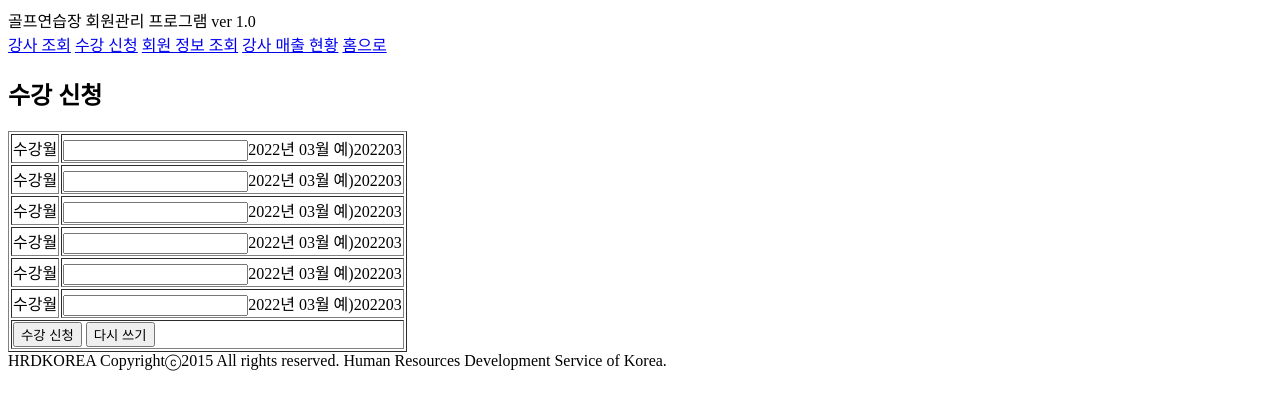
Repository: wwwxsv19/HRDkorea
Page: http://localhost/golf/insert.jsp
The author's editor kept a copy of each file at every save. The page is drawn from the files as they stood at one save, then again after the next save.
The browser window is 1280 px wide. The pictures show the whole page.
The page is served by Tomcat 9.

Above is the page before, as saved 2024-06-25 08:10:17.

### golf/golf/src/main/webapp/insert.jsp
<%@ include file="db.jsp" %>
<%@ page language="java" contentType="text/html; charset=UTF-8"
    pageEncoding="UTF-8"%>
<!DOCTYPE html>
<html>
<head>
	<meta charset="UTF-8">
	<title>insert</title>
	<link rel="stylesheet" href="style.css">
</head>
<body>
<script type="text/javascript" src="check.js"></script>
<jsp:include page="header.jsp"></jsp:include>
<section>
	<h1>수강 신청</h1>
	<form name="frm" action="action.jsp" method="get">
		<table border=1>
			<tr>
				<td>수강월</td>
				<td>
					<input type="text" name="month">2022년 03월 예)202203
				</td>
			</tr>
			<tr>
				<td>수강월</td>
				<td>
					<input type="text" name="month">2022년 03월 예)202203
				</td>
			</tr>
			<tr>
				<td>수강월</td>
				<td>
					<input type="text" name="month">2022년 03월 예)202203
				</td>
			</tr>
			<tr>
				<td>수강월</td>
				<td>
					<input type="text" name="month">2022년 03월 예)202203
				</td>
			</tr>
			<tr>
				<td>수강월</td>
				<td>
					<input type="text" name="month">2022년 03월 예)202203
				</td>
			</tr>
			<tr>
				<td>수강월</td>
				<td>
					<input type="text" name="month">2022년 03월 예)202203
				</td>
			</tr>
			<tr>
				<td colspan=2>
					<input type="button" value="수강 신청" onclick="check()">
					<input type="button" value="다시 쓰기" onclick="res()">
				</td>
			</tr>
		</table>
	</form>
</section>
<jsp:include page="footer.jsp"></jsp:include>
</body>
</html>

### golf/golf/src/main/webapp/db.jsp
<%@ page import="java.sql.*" %>
<%@ page language="java" contentType="text/html; charset=UTF-8"
    pageEncoding="UTF-8"%>
<%

Class.forName("oracle.jdbc.OracleDriver");
Connection conn = DriverManager.getConnection(
		"jdbc:oracle:thin:@//localhost:1521/xe", "system", "1234");

%>

### golf/golf/src/main/webapp/header.jsp
<%@ include file="db.jsp" %>
<%@ page language="java" contentType="text/html; charset=UTF-8"
    pageEncoding="UTF-8"%>
<!DOCTYPE html>
<html>
<head>
	<meta charset="UTF-8">
</head>
<body>
<header>골프연습장 회원관리 프로그램 ver 1.0</header>
<nav>
	<a href="list.jsp">강사 조회</a>
	<a href="insert.jsp">수강 신청</a>
	<a href="info.jsp">회원 정보 조회</a>
	<a href="money.jsp">강사 매출 현황</a>
	<a href="index.jsp">홈으로</a>
</nav>
</body>
</html>

### golf/golf/src/main/webapp/footer.jsp
<%@ include file="db.jsp" %>
<%@ page language="java" contentType="text/html; charset=UTF-8"
    pageEncoding="UTF-8"%>
<!DOCTYPE html>
<html>
<head>
	<meta charset="UTF-8">
</head>
<body>
<footer>HRDKOREA Copyrightⓒ2015 All rights reserved. Human Resources Development Service of Korea.</footer>
</body>
</html>

Loaded but not shown: golf/golf/src/main/webapp/check.js (no copy from this time; the picture is the same without it); golf/golf/src/main/webapp/style.css (no copy from this time; the picture is the same without it)

After the next save:
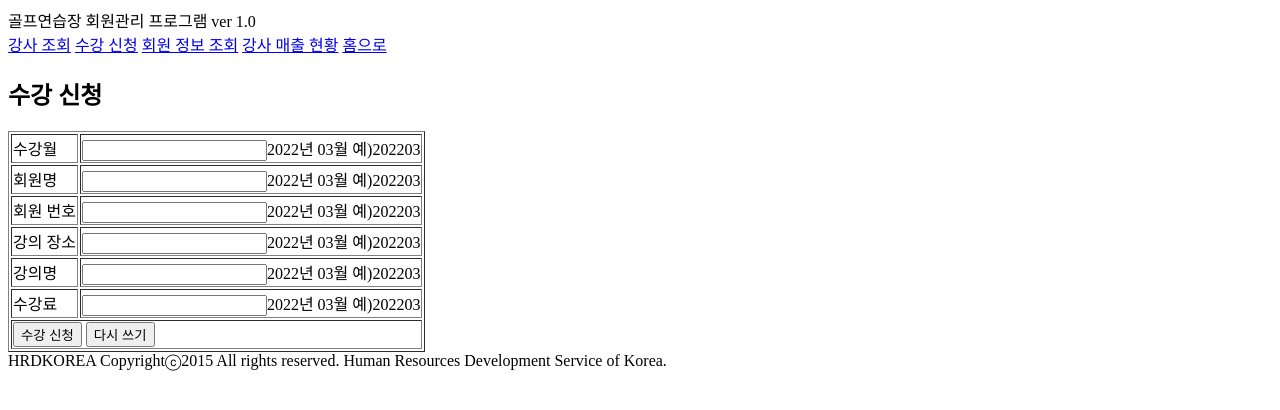
Saved 21 s later.
--- a/golf/golf/src/main/webapp/insert.jsp
+++ b/golf/golf/src/main/webapp/insert.jsp
@@ -22,31 +22,31 @@
 				</td>
 			</tr>
 			<tr>
-				<td>수강월</td>
+				<td>회원명</td>
 				<td>
 					<input type="text" name="month">2022년 03월 예)202203
 				</td>
 			</tr>
 			<tr>
-				<td>수강월</td>
+				<td>회원 번호</td>
 				<td>
 					<input type="text" name="month">2022년 03월 예)202203
 				</td>
 			</tr>
 			<tr>
-				<td>수강월</td>
+				<td>강의 장소</td>
 				<td>
 					<input type="text" name="month">2022년 03월 예)202203
 				</td>
 			</tr>
 			<tr>
-				<td>수강월</td>
+				<td>강의명</td>
 				<td>
 					<input type="text" name="month">2022년 03월 예)202203
 				</td>
 			</tr>
 			<tr>
-				<td>수강월</td>
+				<td>수강료</td>
 				<td>
 					<input type="text" name="month">2022년 03월 예)202203
 				</td>
